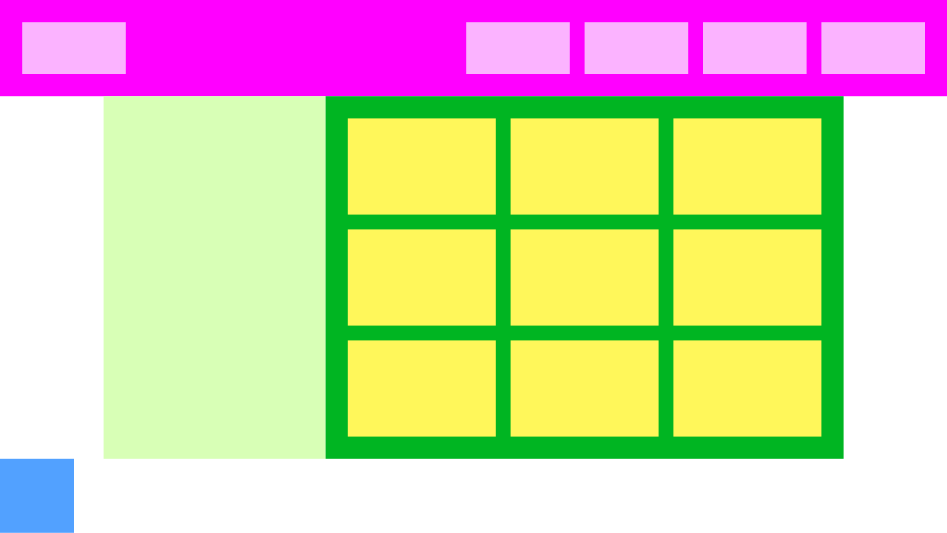
Repository: CarAll02/git-practice
Page: flexbox_exercise/index.html
The author's editor kept a record of every edit. The page is drawn from the files as they stood at one moment, then again after the next edit.
The browser window is 1280 px wide. The pictures show the whole page, at 74% of full size.

Above is the page before.

### flexbox_exercise/index.html
<!DOCTYPE html>
<html lang="ja">
  <head>
    <meta charset="UTF-8"/>
    <link rel="stylesheet" href="style.css"/>
    <title>flexbox_exercise</title>
  </head>
</html>
<body>
  <!--回答では<header>ではなく<div=class"header">を使用-->
  <header>
    <!--回答ではdivのクラス指定なし-->
    <div class="header-item"></div>
    <div class="header-item"></div>
    <div class="header-item"></div>
    <div class="header-item"></div>
    <div class="header-item"></div>
  </header>
  <main>
    <div class="main-item1"></div>
    <div class="main-item1">
      <div class="main-item2"></div>
      <div class="main-item2"></div>
      <div class="main-item2"></div>
      <div class="main-item2"></div>
      <div class="main-item2"></div>
      <div class="main-item2"></div>
      <div class="main-item2"></div>
      <div class="main-item2"></div>
      <div class="main-item2"></div>
    </div>
  </main>
  <footer>
    <div class="footer-item"></div>
    <div class="footer-item"></div>
    <div class="footer-item"></div>
  </footer>
</body>

### flexbox_exercise/style.css
*{
  margin:0;
  padding:0;
  box-sizing:border-box;
}

header{
  width:100%;
  padding:30px 20px;
  background-color:#ff00ff;
  display:flex;
  justify-content:flex-end;
}

.header-item{
  height:70px;
  flex-basis:140px;
  background-color:#fbb3ff;
  margin:0 10px;
}

.header-item:first-child{
  margin-right:auto;
}

main{
  display:flex;
  justify-content:center;
}

.main-item1:first-child{
  width:300px;
  background-color:#d8ffb6;
}

.main-item1:nth-child(2){
  max-width:700px;
  flex-grow:1;
  padding:20px;
  background-color:#00b522;
  display:flex;
  flex-wrap:wrap;
}

.main-item2{
  flex-basis:200px;
  height:130px;
  margin:10px;
  background-color:#fff75a;
}

footer{
  width:100px;
  padding:20px;
  background-color:#52a1ff;
  display:flex;
}

.footer-item{
  height:40px;
  max-width:600px;
  flex-basis:45%;
  margin:10px;
  background-color:#b6e7ff;
}

After the next edit:
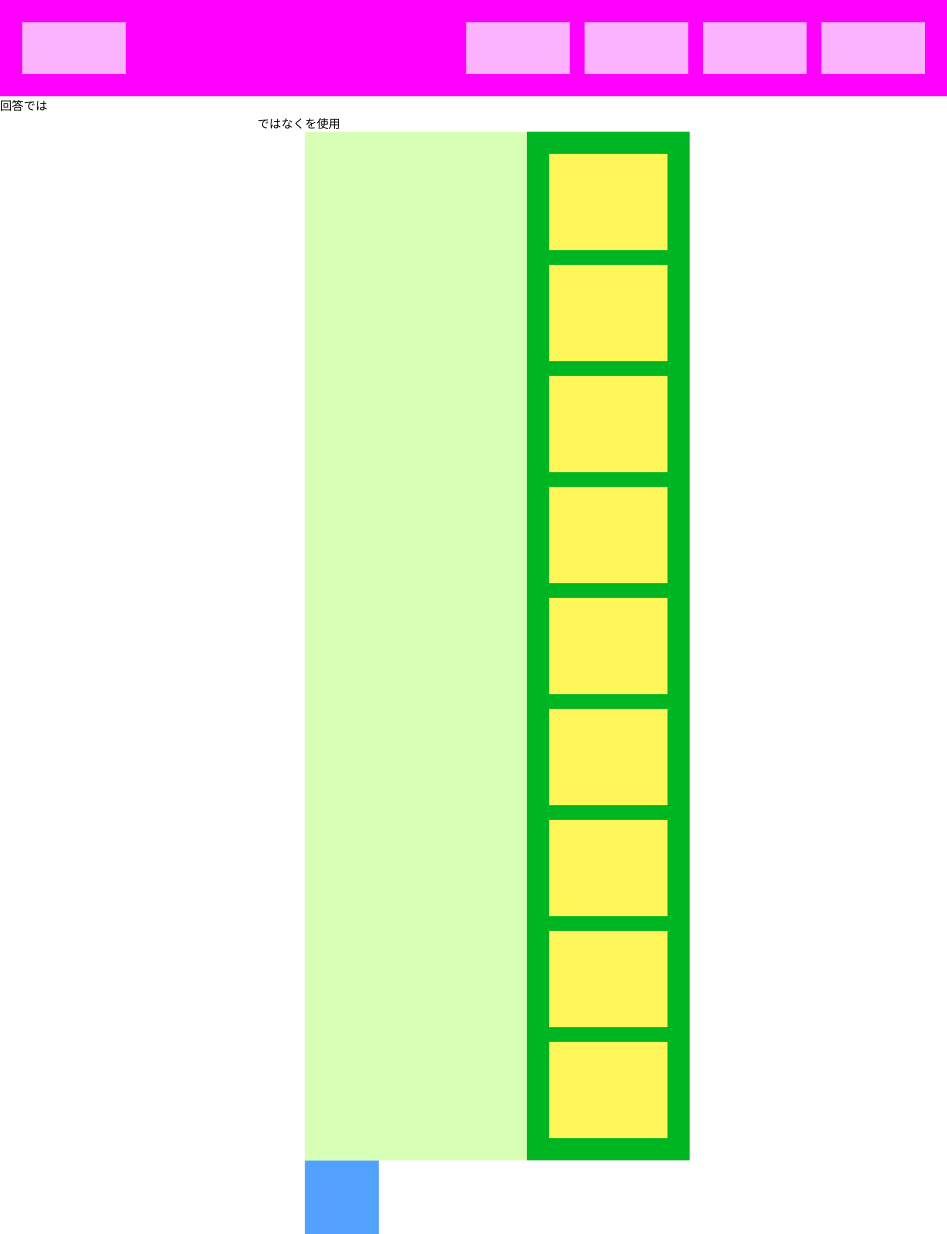
The edit:
--- a/flexbox_exercise/index.html
+++ b/flexbox_exercise/index.html
@@ -16,6 +16,7 @@
     <div class="header-item"></div>
     <div class="header-item"></div>
   </header>
+  回答では<main>ではなく<div class="header">を使用
   <main>
     <div class="main-item1"></div>
     <div class="main-item1">

After the 2 edits that followed:
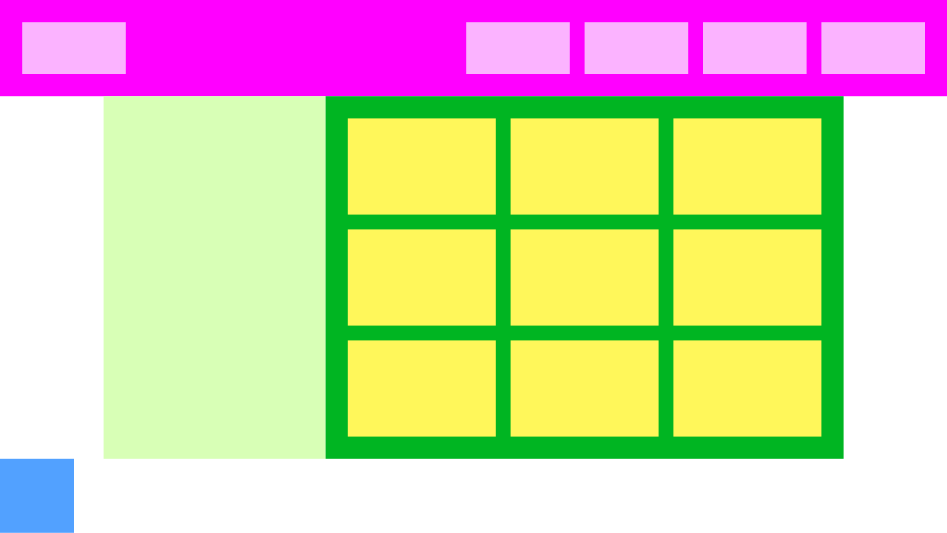
The 2 edits are shown as one change because 1 left the picture as it was.
The edit:
--- a/flexbox_exercise/index.html
+++ b/flexbox_exercise/index.html
@@ -7,7 +7,7 @@
   </head>
 </html>
 <body>
-  <!--回答では<header>ではなく<div=class"header">を使用-->
+  <!--回答では<header>ではなく<div class="header">を使用-->
   <header>
     <!--回答ではdivのクラス指定なし-->
     <div class="header-item"></div>
@@ -16,7 +16,7 @@
     <div class="header-item"></div>
     <div class="header-item"></div>
   </header>
-  回答では<main>ではなく<div class="header">を使用
+  <!--回答では<main>ではなく<div class="main">を使用-->
   <main>
     <div class="main-item1"></div>
     <div class="main-item1">
